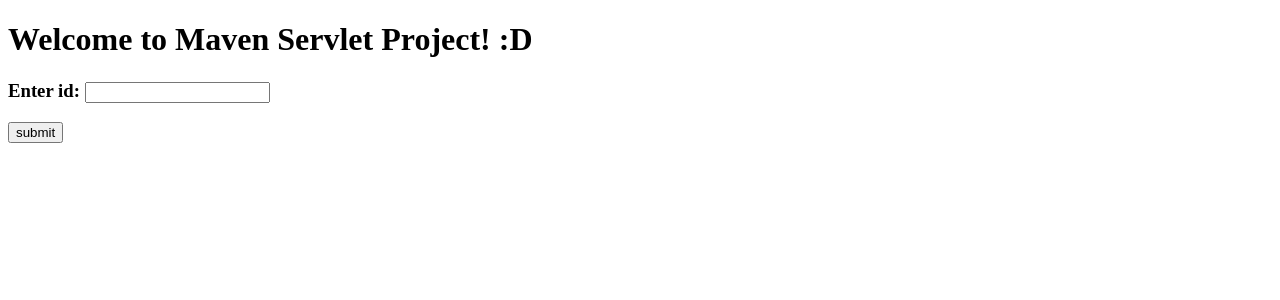
Repository: TheSonett/Java
Page: http://localhost/MavenServletProject/
An editor plug-in stored every save of this project. The page is shown before and after the next save, followed by the edit.
The browser window is 1280 px wide. The pictures show the whole page.
The page is served by Tomcat 9.

Above is the page before, as saved 2023-08-01 09:56:28.

After the next save:
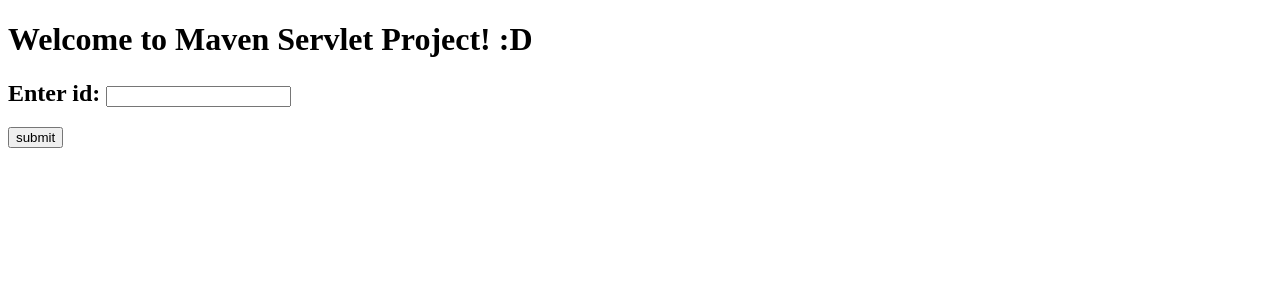
Saved 6 s later.
--- a/Java Servlet/MavenServletProject/src/main/webapp/index.jsp
+++ b/Java Servlet/MavenServletProject/src/main/webapp/index.jsp
@@ -8,7 +8,7 @@
 <body>
 	<h1>Welcome to Maven Servlet Project! :D</h1>
 	<form action="">
-		<h3>Enter id: <input type="text" name="id"></h3>
+		<h2>Enter id: <input type="text" name="id"></h2>
 		<input type="submit" value="submit">
 	</form>
 </body>
